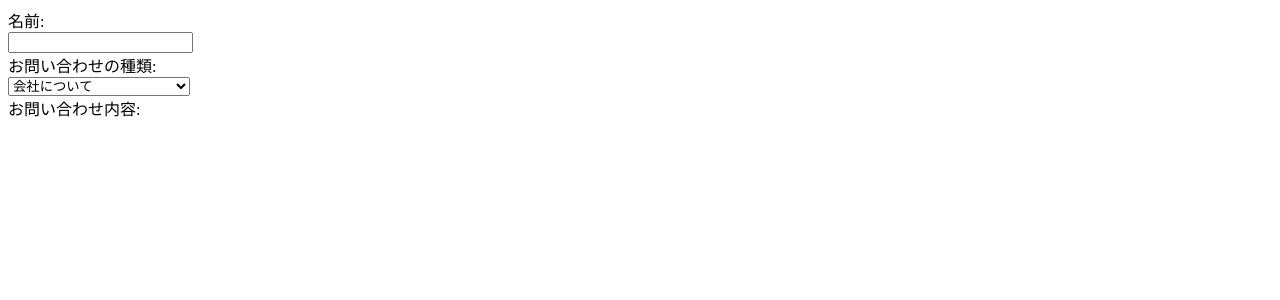
Repository: cha-git/test
Page: http://localhost/HelloServlet/inquiry.jsp
The author's editor kept a copy of each file at every save. The page is drawn from the files as they stood at one save, then again after the next save.
The browser window is 1280 px wide. The pictures show the whole page.
The page is served by Tomcat 9. Other server files are loaded and not shown.

Above is the page before, as saved 2018-12-05 10:47:06.

### HelloServlet/WebContent/inquiry.jsp
<%@ page language="java" contentType="text/html; charset=UTF-8"
    pageEncoding="UTF-8"%>
<!DOCTYPE html PUBLIC "-//W3C//DTD HTML 4.01 Transitional//EN" "http://www.w3.org/TR/html4/loose.dtd">
<html>
<head>
<meta http-equiv="Content-Type" content="text/html; charset=UTF-8">
<title>お問い合わせフォーム</title>
</head>
<body>
	<form method="post" action="InquiryServlet">
		名前:<br> <input type="text"name="name"><br>
		お問い合わせの種類:<br> <select name="qtype">
			<option value="company">会社について</option>
			<optoin value="product">製品について</optoin>
			<option value="support">アフターサポートについて</option>
			</select>
			<br> お問い合わせ内容:<br>

	</form>
</body>
</html>

After the next save:
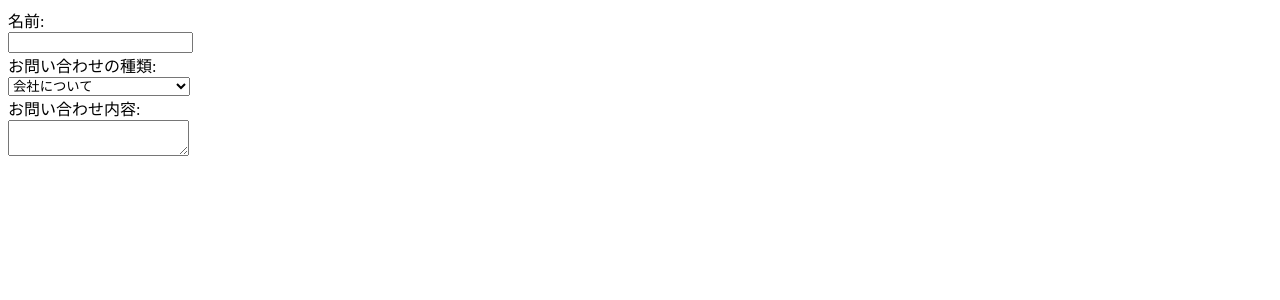
Saved 21 s later.
--- a/HelloServlet/WebContent/inquiry.jsp
+++ b/HelloServlet/WebContent/inquiry.jsp
@@ -15,6 +15,7 @@
 			<option value="support">アフターサポートについて</option>
 			</select>
 			<br> お問い合わせ内容:<br>
+			<textarea name="body"></textarea>
 
 	</form>
 </body>
